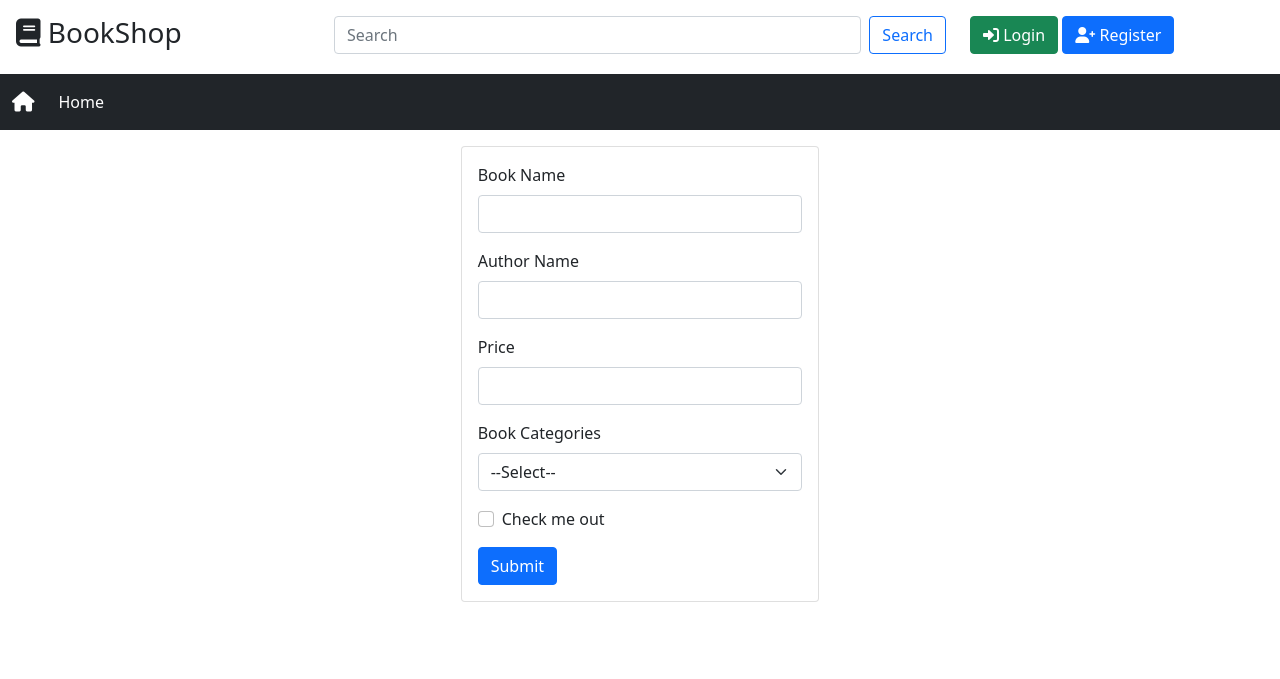
Repository: Abhishekverma23797/BookShopApp
Page: http://localhost/Ebook-App/Admin/add_books.jsp
The author's editor kept a copy of each file at every save. The page is drawn from the files as they stood at one save, then again after the next save.
The browser window is 1280 px wide. The pictures show the whole page.
The page is served by Tomcat 9. Other server files are loaded and not shown.

Above is the page before, as saved 2021-12-09 09:36:56.

### Ebook-App/src/main/webapp/Admin/add_books.jsp
<%@ page language="java" contentType="text/html; charset=ISO-8859-1"
	pageEncoding="ISO-8859-1"%>
<!DOCTYPE html>
<html>
<head>
<meta charset="ISO-8859-1">
<title>Add Book</title>
<%@include file="AllCss.jsp"%>
</head>
<body>
	<%@include file="navbar.jsp"%>


	<div class="container p-2">
		<div class="row">
			<div class="col-md-4 offset-md-4">
				<div class="card mt-2">

					<div class="card-body">
						<form action="register" method="post">
							<div class="mb-3">
								<label for="exampleInputEmail1" class="form-label">Book
									Name</label> <input type="text" class="form-control"
									id="exampleInputEmail1" aria-describedby="emailHelp"
									required="required" name="bookname">

							</div>
							<div class="mb-3">
								<label for="exampleInputEmail1" class="form-label">Author
									Name</label> <input type="text" class="form-control"
									id="exampleInputEmail1" aria-describedby="emailHelp"
									required="required" name="author">

							</div>
							<div class="mb-3">
								<label for="exampleInputEmail1" class="form-label">Price</label>
								<input type="number" class="form-control"
									id="exampleInputEmail1" aria-describedby="emailHelp"
									required="required" name="price">

							</div>
							<div class="mb-3">
								<label for="exampleInputPassword1" class="form-label">Book
									Categories</label> <select class="form-select"
									aria-label="Default select example">
									<option selected>--Select--</option>
									<option value="New">New Book</option>

								</select>
							</div>
							<div class="mb-3 form-check">
								<input type="checkbox" class="form-check-input"
									id="exampleCheck1" name="check"> <label
									class="form-check-label" for="exampleCheck1">Check me
									out</label>
							</div>
							<button type="submit" class="btn btn-primary">Submit</button>
						</form>
					</div>
				</div>

			</div>
		</div>
	</div>
</body>
</html>

### Ebook-App/src/main/webapp/Admin/AllCss.jsp
<!-- CSS only -->
<link
	href="https://cdn.jsdelivr.net/npm/bootstrap@5.1.3/dist/css/bootstrap.min.css"
	rel="stylesheet"
	integrity="sha384-1BmE4kWBq78iYhFldvKuhfTAU6auU8tT94WrHftjDbrCEXSU1oBoqyl2QvZ6jIW3"
	crossorigin="anonymous">


<!-- JavaScript Bundle with Popper -->
<script
	src="https://cdn.jsdelivr.net/npm/bootstrap@5.1.3/dist/js/bootstrap.bundle.min.js"
	integrity="sha384-ka7Sk0Gln4gmtz2MlQnikT1wXgYsOg+OMhuP+IlRH9sENBO0LRn5q+8nbTov4+1p"
	crossorigin="anonymous"></script>


<link rel="stylesheet"
	href="https://cdnjs.cloudflare.com/ajax/libs/font-awesome/6.0.0-beta3/css/all.min.css"
	integrity="sha512-Fo3rlrZj/k7ujTnHg4CGR2D7kSs0v4LLanw2qksYuRlEzO+tcaEPQogQ0KaoGN26/zrn20ImR1DfuLWnOo7aBA=="
	crossorigin="anonymous" referrerpolicy="no-referrer" />

<link rel="stylesheet" href="style.css">

### Ebook-App/src/main/webapp/Admin/navbar.jsp

<div class="container-fluid p-3">


	<div class="row">

		<div class="col-md-3">

			<h3>

				<i class="fas fa-book"></i> BookShop
			</h3>
		</div>

		<div class="col-md-6">
			<form class="d-flex">
				<input class="form-control me-2 my-lg-0" type="search"
					placeholder="Search" aria-label="Search">
				<button class="btn btn-outline-primary" type="submit">Search</button>
			</form>
		</div>

		<div class="col-md-3">

			<a href="Login.jsp" class="btn btn-success "><i
				class="fas fa-sign-in-alt"></i> Login</a> <a href="Register.jsp"
				class="btn btn-primary"><i class="fas fa-user-plus"></i>
				Register</a>

		</div>

	</div>

</div>
<nav class="navbar navbar-expand-lg navbar-dark bg-dark bg-custom">
	<div class="container-fluid">
		<a class="navbar-brand" href="#"><i class="fas fa-home"></i></a>
		<button class="navbar-toggler" type="button" data-bs-toggle="collapse"
			data-bs-target="#navbarSupportedContent"
			aria-controls="navbarSupportedContent" aria-expanded="false"
			aria-label="Toggle navigation">
			<span class="navbar-toggler-icon"></span>
		</button>
		<div class="collapse navbar-collapse" id="navbarSupportedContent">
			<ul class="navbar-nav me-auto mb-2 mb-lg-0">
				<li class="nav-item"><a class="nav-link active"
					aria-current="page" href="#"> Home</a></li>

				</form>
		</div>
	</div>
</nav>

### Ebook-App/src/main/webapp/Admin/style.css

.bg-custom{

	background-color: #303f9f;
}

.navbar .nav-item:hover  {

	background-color: black;
	color: blue;
	border-radius: 20px

}

After the next save:
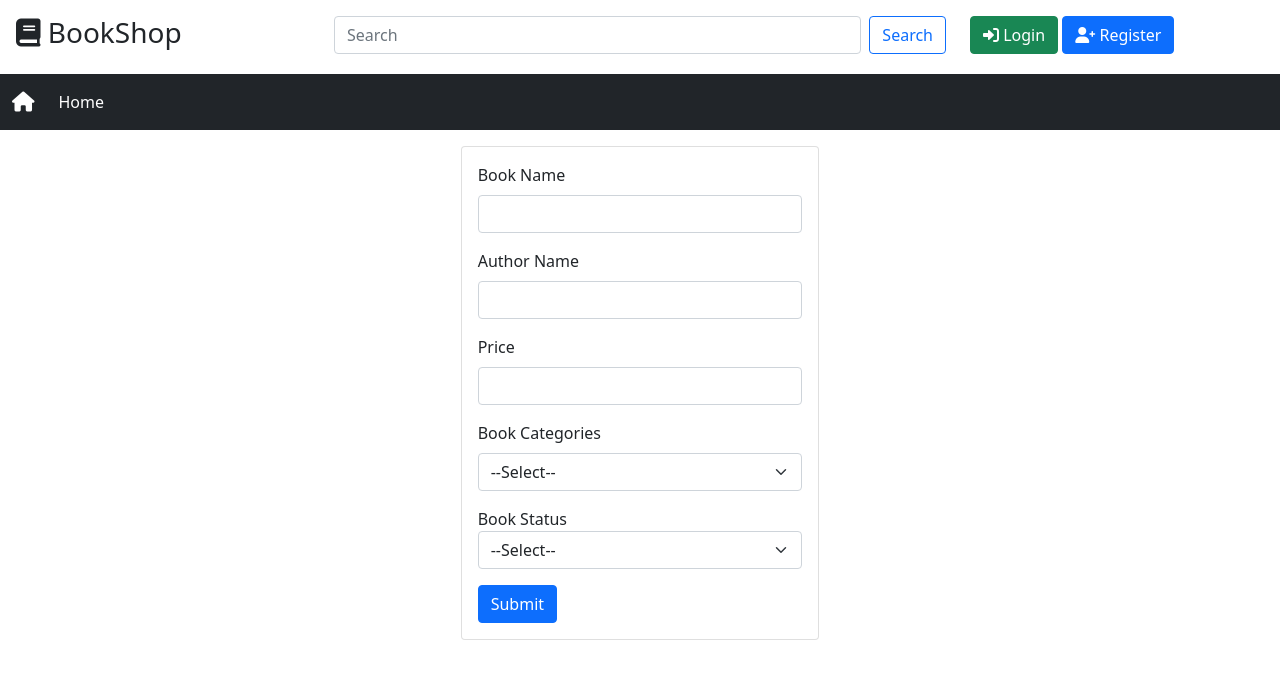
Saved 3 min 18 s later.
--- a/Ebook-App/src/main/webapp/Admin/add_books.jsp
+++ b/Ebook-App/src/main/webapp/Admin/add_books.jsp
@@ -45,14 +45,17 @@
 									aria-label="Default select example">
 									<option selected>--Select--</option>
 									<option value="New">New Book</option>
+								</select>
+							</div>
+							<div class="mb-3">
+								<label class="form-check-label" for="exampleCheck1">Book
+									Status</label> <select class="form-select"
+									aria-label="Default select example">
+									<option selected>--Select--</option>
+									<option value="Active">Active</option>
+									<option value="Inactive">Inactive</option>
 
 								</select>
-							</div>
-							<div class="mb-3 form-check">
-								<input type="checkbox" class="form-check-input"
-									id="exampleCheck1" name="check"> <label
-									class="form-check-label" for="exampleCheck1">Check me
-									out</label>
 							</div>
 							<button type="submit" class="btn btn-primary">Submit</button>
 						</form>
